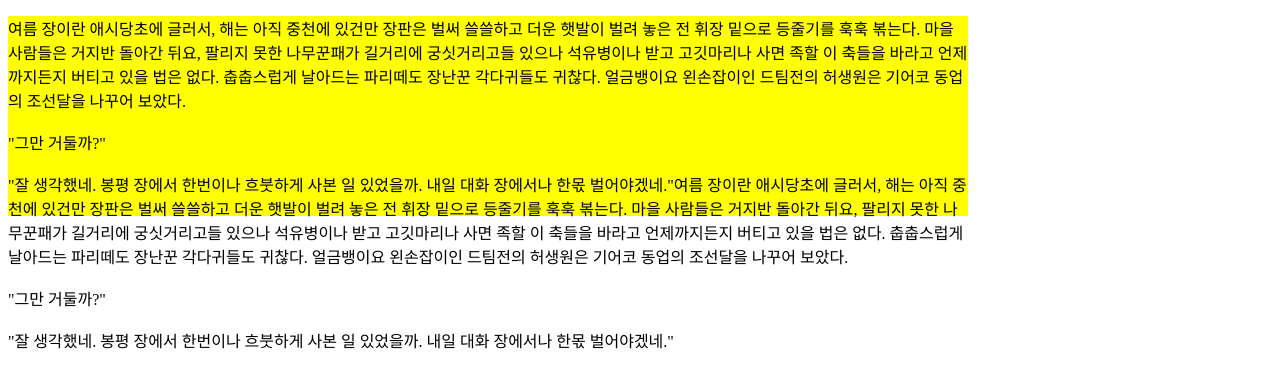
Repository: jeemaru/htme_01
Page: css_02/ex_02.html
An editor plug-in stored every save of this project. The page is shown before and after the next save, followed by the edit.
The browser window is 1280 px wide. The pictures show the whole page.

Above is the page before, as saved 2022-04-07 02:21:28.

### css_02/ex_02.html
<!DOCTYPE html>

<html lang="ko"> <!-- 한국어문서만 검색할때, 음성으로 할때 한국어 음성지원 -->
    <head>
        <meta charset="UTF-8"> <!-- 브라우저가 문서를 해석할때 필요한 정보 -->
        <title>스타일시트</title>
		<!-- 스타일시트자리 -->
		<style>
			.box {background-color: #ffff00;
				  min-width: 960px;
				  max-width: 800px;

				  max-height: 200px;
				  min-height: 160px;}

		</style>

    </head>

    <body>
			<!-- max = 이거 이상 늘어나지 않음 -->
			<!-- min = 이거 이상 줄어들지 않음 -->

			<p class="box">여름 장이란 애시당초에 글러서, 해는 아직 중천에 있건만 장판은 벌써 쓸쓸하고 더운 햇발이 벌려 놓은
               전 휘장 밑으로 등줄기를 훅훅 볶는다. 마을 사람들은 거지반 돌아간 뒤요, 팔리지 못한 나무꾼패가 길거리에
               궁싯거리고들 있으나 석유병이나 받고 고깃마리나 사면 족할 이 축들을 바라고 언제까지든지 버티고 있을 법은 없다.
               춥춥스럽게 날아드는 파리떼도 장난꾼 각다귀들도 귀찮다. 얼금뱅이요 왼손잡이인 드팀전의 허생원은 기어코 동업의
               조선달을 나꾸어 보았다.<br>
               <br>
               "그만 거둘까?"<br>
               <br>
               "잘 생각했네. 봉평 장에서 한번이나 흐붓하게 사본 일 있었을까.
               내일 대화 장에서나 한몫 벌어야겠네."여름 장이란 애시당초에 글러서, 해는 아직 중천에 있건만 장판은 벌써 쓸쓸하고 더운 햇발이 벌려 놓은
               전 휘장 밑으로 등줄기를 훅훅 볶는다. 마을 사람들은 거지반 돌아간 뒤요, 팔리지 못한 나무꾼패가 길거리에
               궁싯거리고들 있으나 석유병이나 받고 고깃마리나 사면 족할 이 축들을 바라고 언제까지든지 버티고 있을 법은 없다.
               춥춥스럽게 날아드는 파리떼도 장난꾼 각다귀들도 귀찮다. 얼금뱅이요 왼손잡이인 드팀전의 허생원은 기어코 동업의
               조선달을 나꾸어 보았다.<br>
               <br>
               "그만 거둘까?"<br>
               <br>
               "잘 생각했네. 봉평 장에서 한번이나 흐붓하게 사본 일 있었을까.
               내일 대화 장에서나 한몫 벌어야겠네."<br>
           </p>


    </body>

</html>

After the next save:
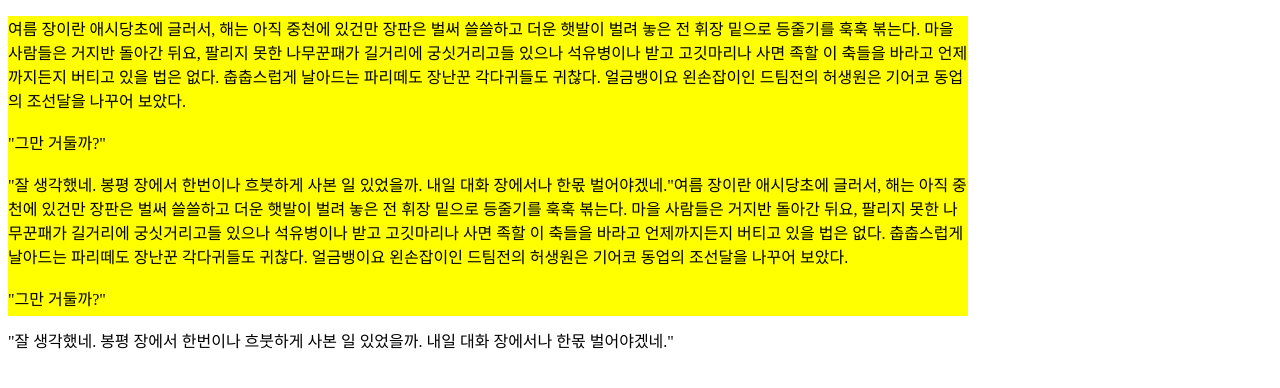
Saved 9 min 48 s later.
--- a/css_02/ex_02.html
+++ b/css_02/ex_02.html
@@ -10,7 +10,7 @@
 				  min-width: 960px;
 				  max-width: 800px;
 
-				  max-height: 200px;
+				  max-height: 300px;
 				  min-height: 160px;}
 
 		</style>
